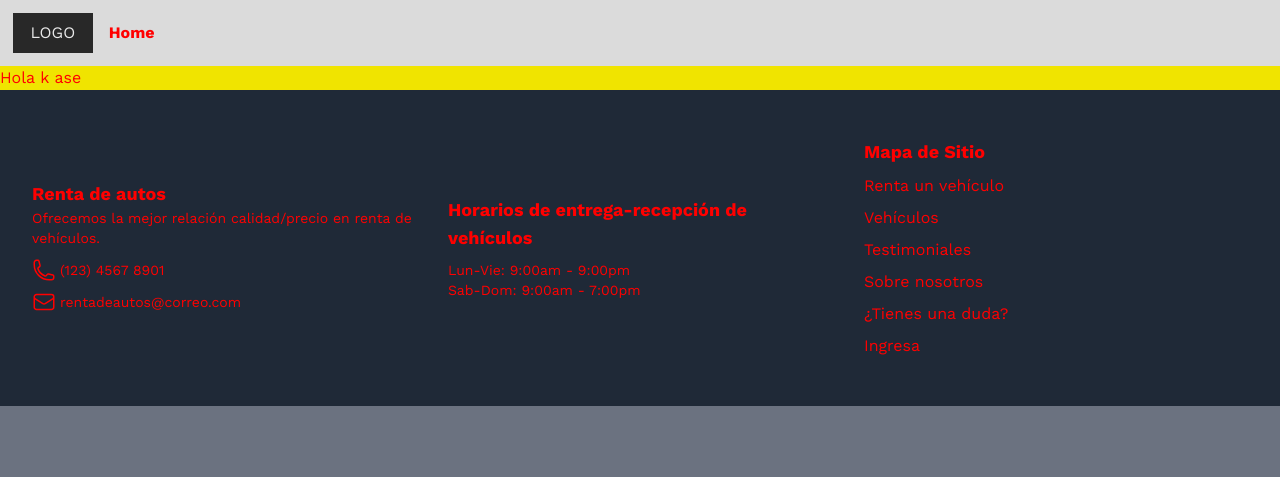
Repository: aldovelacasas/PF_RentCar2
Page: /
The author's editor kept a copy of each file at every save. The page is drawn from the files as they stood at one save, then again after the next save.
The browser window is 1280 px wide. The pictures show the whole page.
The project was rebuilt for these pictures with package versions that can differ from the ones it lists, and the page was loaded fresh each time. The framework's server and built-in components were replaced by stand-ins that run in the browser. Also part of the build but not shown: next.config.js.

Above is the page before, as saved 2023-08-30 09:51:57.

### src/app/layout.jsx
import "./globals.css";
import Navbar from "@/components/Navbar/Navbar";
import Footer from "@/components/footer";
import { Inter } from "next/font/google";

const inter = Inter({ subsets: ["latin"] });

export const metadata = {
  title: "Create Next App",
  description: "Generated by create next app",
};

export default function RootLayout({ children }) {
  return (
    <html lang="en">
      <body className={inter.className}>
        <Navbar />
        <div className="">{children}</div>
        <Footer />
      </body>
    </html>
  );
}

### src/app/page.jsx
function HomePage() {
  return (
    <div className="bg-amarillo_status">
      <p>Hola k ase</p>
    </div>
  );
}

export default HomePage;

### src/app/globals.css
@tailwind base;
@tailwind components;
@tailwind utilities;

body {
   @apply bg-gray-500; /* Fondo más claro */
   color: gray-800; /* Texto oscuro */
}

### src/components/NavBar/Navbar.jsx
"use client";

import Link from "next/link";
// import Image from "next/image";
import React, { useState } from "react";
// import Logo from "./Logo";
import NavItem from "./NavItem";
import "./nav.css";

const MENU_LIST = [
  { text: "Home", href: "/" },
  { text: "About", href: "/about" },
  { text: "Vehiculos", href: "/" },
  { text: "Testimoniales", href: "/" },
  { text: "Contáctanos", href: "/" },
  { text: "Ingresar", href: "/" },
];
const Navbar = () => {
  const [navActive, setNavActive] = useState(null);
  const [activeIdx, setActiveIdx] = useState(-1);

  return (
    <>
      <nav className={`nav navBar`}>
        <div className="boxLogo">
          <Link href="/about">
            <h1 className="logo">LOGO</h1>
          </Link>
          <div className="HomeLogo">
            <Link href="/">
              <span className="nav__item">Home</span>
            </Link>
          </div>
        </div>

        <div
          onClick={() => setNavActive(!navActive)}
          className={`nav__menu-bar`}>
          <div></div>
          <div></div>
          <div></div>
        </div>
        <div className={`${navActive ? "active" : ""} nav__menu-list`}>
          {MENU_LIST.map((menu, idx) => (
            <div
              onClick={() => {
                setActiveIdx(idx);
                setNavActive(false);
              }}
              key={menu.text}
              className={menu.text === "Home" ? "HomeMenu" : ""}>
              <NavItem
                active={activeIdx === idx}
                className={menu.text === "Home" ? "HomeMenu" : ""}
                {...menu}
              />
            </div>
          ))}
        </div>
      </nav>
    </>
  );
};

export default Navbar;

### src/components/footer.jsx
"use client";
import Link from "next/link";

function Footer() {
  return (
    <div className="bg-gray-800 text-white py-8 flex flex-col sm:flex-row justify-between items-center p-4 font-poppins">
      <div className="sm:w-1/3 p-4">
        <h3 className="text-lg font-semibold">Renta de autos</h3>
        <p className="text-sm">
          Ofrecemos la mejor relación calidad/precio en renta de vehículos.
        </p>
        <div className="flex items-center text-sm mt-2">
          <svg
            xmlns="http://www.w3.org/2000/svg"
            fill="none"
            viewBox="0 0 24 24"
            strokeWidth={1.5}
            stroke="currentColor"
            className="w-6 h-6">
            <path
              strokeLinecap="round"
              strokeLinejoin="round"
              d="M2.25 6.75c0 8.284 6.716 15 15 15h2.25a2.25 2.25 0 002.25-2.25v-1.372c0-.516-.351-.966-.852-1.091l-4.423-1.106c-.44-.11-.902.055-1.173.417l-.97 1.293c-.282.376-.769.542-1.21.38a12.035 12.035 0 01-7.143-7.143c-.162-.441.004-.928.38-1.21l1.293-.97c.363-.271.527-.734.417-1.173L6.963 3.102a1.125 1.125 0 00-1.091-.852H4.5A2.25 2.25 0 002.25 4.5v2.25z"
            />
          </svg>

          <span className="m-1">(123) 4567 8901</span>
        </div>
        <div className="flex items-center text-sm mt-1">
          <svg
            xmlns="http://www.w3.org/2000/svg"
            fill="none"
            viewBox="0 0 24 24"
            strokeWidth={1.5}
            stroke="currentColor"
            className="w-6 h-6">
            <path
              strokeLinecap="round"
              strokeLinejoin="round"
              d="M21.75 6.75v10.5a2.25 2.25 0 01-2.25 2.25h-15a2.25 2.25 0 01-2.25-2.25V6.75m19.5 0A2.25 2.25 0 0019.5 4.5h-15a2.25 2.25 0 00-2.25 2.25m19.5 0v.243a2.25 2.25 0 01-1.07 1.916l-7.5 4.615a2.25 2.25 0 01-2.36 0L3.32 8.91a2.25 2.25 0 01-1.07-1.916V6.75"
            />
          </svg>

          <span className="m-1"> rentadeautos@correo.com</span>
        </div>
      </div>
      <div className="sm:w-1/3 p-4 mt-4 sm:mt-0">
        <h4 className="text-lg font-semibold">
          Horarios de entrega-recepción de vehículos
        </h4>
        <p className="text-sm mt-2">
          Lun-Vie: 9:00am - 9:00pm
          <br />
          Sab-Dom: 9:00am - 7:00pm
        </p>
      </div>
      <div className="sm:w-1/3 p-4 mt-4 sm:mt-0 w-full">
        <h2 className="text-lg font-semibold">Mapa de Sitio</h2>
        <ul className="mt-2 space-y-2 sm:ml-0 sm:pl-0">
          <li className="text-red">
            <Link href="/rent" className="hover:font-bold">
              Renta un vehículo
            </Link>
          </li>
          <li>
            <Link href="/cars" className="hover:font-bold">
              Vehículos
            </Link>
          </li>
          <li>
            <Link href="/testimoniales" className="hover:font-bold">
              Testimoniales
            </Link>
          </li>
          <li>
            <Link href="/about" className="hover:font-bold">
              Sobre nosotros
            </Link>
          </li>
          <li>
            <Link href="/contact" className="hover:font-bold">
              ¿Tienes una duda?
            </Link>
          </li>
          <li>
            <Link href="/signin" className="hover:font-bold">
              Ingresa
            </Link>
          </li>
        </ul>
      </div>
    </div>
  );
}

export default Footer;

### src/components/NavBar/NavItem.jsx
import Link from "next/link";
const NavItem = ({ text, href, active }) => {
  const className =
    text === "Home"
      ? "nav__item HomeMenu"
      : `nav__item ${active ? "active" : ""}`;
  return (
    <Link href={href}>
      <span className={className}>{text}</span>
    </Link>
  );
};

export default NavItem;

### src/components/NavBar/nav.css
@import url("https://fonts.googleapis.com/css2?family=Work+Sans:wght@400;500;700&display=swap");
@import url("https://fonts.googleapis.com/css2?family=Rubik:wght@500&display=swap");
* {
  margin: 0;
  padding: 0;
  outline: none;
  box-sizing: border-box;
  font-family: "Work Sans", sans-serif;
}
a {
  text-decoration: none;
  color: inherit;
}
.navBar {
  position: sticky;
  z-index: 30;
  top: 0;
}
nav {
  font-family: "Rubik", sans-serif;
  display: flex;
  justify-content: space-between;
  align-items: center;
  background-color: #dbdbdb;
  color: #282828;
  padding: 2%;
}

.logo {
  background-color: #282828;
  color: #e9e9e9;
  width: 80px;
  text-align: center;
  padding: 0.5rem;
  font-size: 1rem;
}

.nav__menu-bar {
  display: flex;
  flex-direction: column;
  row-gap: 6px;
  cursor: pointer;
}
.nav__menu-bar div {
  width: 40px;
  height: 4px;
  background-color: #282828;
  margin-right: 1rem;
  border-radius: 2px;
}
.nav__menu-list {
  display: flex;
  flex-direction: column;
  position: fixed;
  top: 70px;
  width: 220px;
  row-gap: 24px;
  right: -300px;
  padding: 24px 16px;
  margin-top: 0rem;
  transition: all 0.2s;
  min-height: calc(100vh - 60px);
  font-size: 1rem;
  background-color: #f1f1f1;
}
.nav__menu-list.active {
  right: 0;
  top: 53px;
}
.nav__menu-list span {
  font-weight: 600;
  transition: all 0.3s;
}

.nav__menu-list span:hover {
  /* font-weight: bold; */
  color: #ea4f39;
}
.boxLogo {
  display: flex;
  align-items: center;
  gap: 1rem;
}

.HomeLogo {
  font-size: 1rem;
  font-weight: 600;
  transition: 0.3s;
}

.HomeLogo:hover {
  color: #ea4f39;
}
.center {
  min-height: 600px;
  display: flex;
  justify-content: center;
  align-items: center;
}

.HomeMenu {
  display: none;
}

@media (min-width: 30em) {
  *{color:red}
  nav{
    padding:1%;
  }
  .HomeMenu {
    display: block;
  }
  .nav__menu-bar {
    display: none;
  }
  /* nav {
    padding: 3%;
  }
  .HomeMenu {
    display: block;
  }
  .nav__menu-list {
    background-color: #dbdbdb;
  }
  .HomeLogo {
    display: none;
    font-size: 2rem;
  }
  .logo {
    background-color: #282828;
    color: #e9e9e9;
    width: 150px;
    text-align: center;
    padding: 1.5rem;
    font-size: 1.5rem;
  }
  .nav__menu-bar {
    display: none;
  }
  .nav__menu-list {
    position: unset;

    flex-direction: row;
    min-height: fit-content;
    width: fit-content;
    column-gap: 24px;
    align-items: center;
  }
  .nav__link::before {
    content: "";
    position: absolute;
    width: 0%;
    height: 6px;
    bottom: -16px;
    left: 0;
    background-color: black;

    transition: all 0.2s;
  }

  .nav__link:hover:before {
    width: 100%;
  } */
}

### tailwind.config.js
/** @type {import('tailwindcss').Config} */
module.exports = {
  content: [
    "./src/pages/**/*.{js,ts,jsx,tsx,mdx}",
    "./src/components/**/*.{js,ts,jsx,tsx,mdx}",
    "./src/app/**/*.{js,ts,jsx,tsx,mdx}",
  ],
  theme: {
    extend: {
      backgroundImage: {
        "gradient-radial": "radial-gradient(var(--tw-gradient-stops))",
        "gradient-conic":
          "conic-gradient(from 180deg at 50% 50%, var(--tw-gradient-stops))",
      },
      colors: {
        gris_fondo: "#dbdbdb",
        gris_frente: "#e9e9e9",
        negro_fondo: "#282828",
        naranja_enf: "#ea4f39",
        rojo_status: "#e30613",
        verde_status: "#4aaf4d",
        amarillo_status: "#f0e400",
      },
    },
  },
  plugins: [],
};

After the next save:
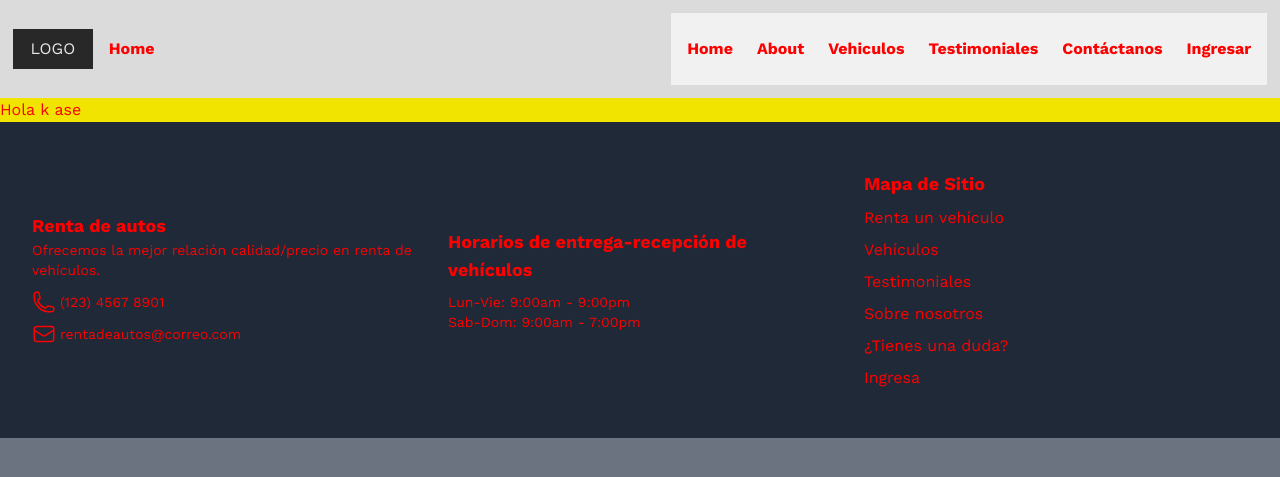
Saved 39 s later.
--- a/src/components/NavBar/nav.css
+++ b/src/components/NavBar/nav.css
@@ -113,6 +113,15 @@ nav {
   .nav__menu-bar {
     display: none;
   }
+  .nav__menu-list {
+    position: unset;
+
+    flex-direction: row;
+    min-height: fit-content;
+    width: fit-content;
+    column-gap: 24px;
+    align-items: center;
+  }
   /* nav {
     padding: 3%;
   }
